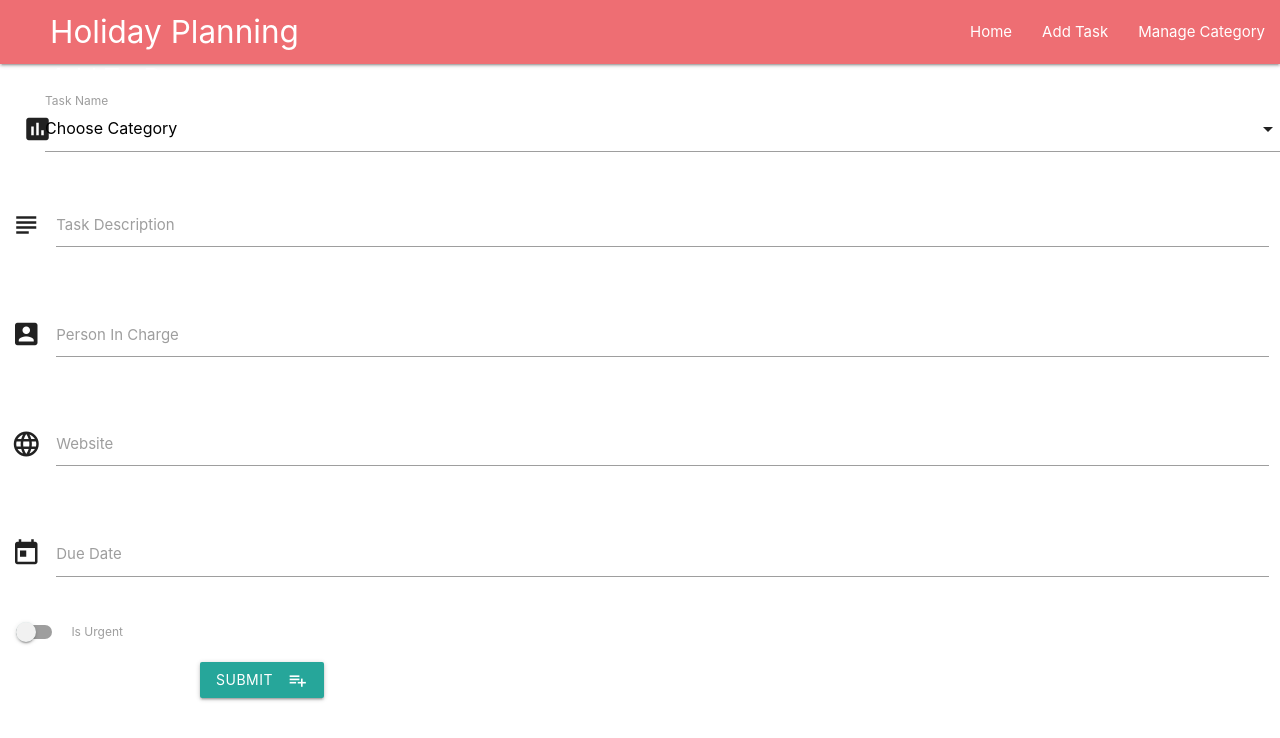
Repository: Code-Institute-Submissions/Project3-Holiday_Planning
Page: http://localhost/add_task
The author's editor kept a record of every edit. The page is drawn from the files as they stood at one moment, then again after the next edit.
The browser window is 1280 px wide. The pictures show the whole page.
Some web libraries are served in a nearby version. The page is served by the project's application, run on Flask 3 (app.py). Queries for data that is not in the repository find no rows.

Above is the page before.

### templates/addTask.html
{% extends 'layout.html' %} {% block content %}


<div class="add_to_do">
    <h5>Add To-Do</h5>
</div>

<div class="row">
    <div class='col testing'></div>
    <!--<div class='col s11'>-->
    <div class="row to_do">
    <form action="{{ url_for('insert_task') }}" method="POST" class="">



        <!--put in select option initialization in layout.html-->



        <div class="input-field">
                <i class="material-icons prefix">poll</i>
                <!--Replace <input id> with <select>. Keep the 1st option and change the rest option with category from Mongodb-->
                <!--<input id="task_name" name="task_name" type="text">-->
                <select id="category" name="category_name">
                  <option value="" disabled selected>Choose Category</option>
                  {% for cat in category %}
                      <option value="{{cat.category_name}}">{{cat.category_name}}</option>
                  {% endfor %}
                </select>
                <label for="icon_prefix">Task Name</label>
            </div>
        </div>




        <div class="row">
            <div class="input-field col s12">
                <i class="material-icons prefix">subject</i>
                <textarea name="task_description" id="task_description" class="materialize-textarea"></textarea>
                <label for="task_description">Task Description</label>
            </div>
        </div>



        <div class="row">
            <div class="input-field col s12">
                <i class="material-icons prefix">account_box</i>
                <textarea name="person_in_charge" id="person_in_charge" class="materialize-textarea"></textarea>
                <label for="person_in_charge">Person In Charge</label>
            </div>
        </div>


        <div class="row">
            <div class="input-field col s12">
                <i class="material-icons prefix">language</i>
                <textarea name="website" id="website" class="materialize-textarea"></textarea>
                <label for="website">Website</label>
            </div>
        </div>



        <!--put the datepicker initialization in layout.html-->
        <div class="row">
            <div class="input-field col s12">
                <i class="material-icons prefix">today</i>
                <input id="due_date" name="due_date" type="text" class="datepicker">
                <label for="due_date">Due Date</label>
            </div>
        </div>


        <div class="row">
            <div class="switch">
                <label>
                  <input id="is_urgent" name="is_urgent" type="checkbox">
                  <span class="lever"></span>
                  Is Urgent
                </label>
            </div>
        </div>


        <div class="row submit_btn">
            <button class="btn waves-effect waves-light" type="submit" name="action">Submit
                <i class="material-icons right">playlist_add</i>
             </button>
        </div>

    </form>
    </div>
</div>

{% endblock %}

### templates/layout.html
<!DOCTYPE html>
<html>

<head>
        <link href="https://fonts.googleapis.com/icon?family=Material+Icons" rel="stylesheet">
        <link rel="stylesheet" href="https://cdnjs.cloudflare.com/ajax/libs/materialize/1.0.0/css/materialize.min.css">
        <link rel="stylesheet" href="{{url_for('static', filename='css/style.css')}}" type="text/css"/>
</head>


<body>
    <header>
        <nav>
            <div class="nav-wrapper">
                <a href="{{url_for('get_tasks')}}" class="brand-logo">Holiday Planning</a>
                <a href="#" data-activates="mobile-demo" class="sidenav-trigger"><i class="material-icons">menu</i></a>

                <ul id="nav-mobile" class="right hide-on-med-and-down">
                    <li><a href="{{url_for('get_tasks')}}">Home</a></li>
                    <li><a href="{{url_for('add_task')}}">Add Task</a></li>
                    <li><a href="{{url_for('get_category')}}">Manage Category</a></li>
                </ul>

                <!--extended hamburger navbar added for mobile-->
                <ul class="sidenav" id="mobile-demo">

                    <li><a href="{{url_for('get_tasks')}}">Home</a></li>
                    <li><a href="{{url_for('add_task')}}">Add Task</a></li>
                    <li><a href="{{url_for('get_category')}}">Manage Category</a></li>
                </ul>
            </div>
        </nav>
    </header>

    <div>
        {% block content %} {% endblock %}
    </div>


    <!--<script src="https://cdnjs.cloudflare.com/ajax/libs/jquery/3.4.1/jquery.min.js"></script>-->
   <script <script type="text/javascript" src="https://code.jquery.com/jquery-2.1.1.min.js"></script>
    <script src="https://cdnjs.cloudflare.com/ajax/libs/materialize/1.0.0/js/materialize.min.js"></script>

    <!--to perform the collapsible, datepicker and select option function-->
    <script type="text/javascript">
        $(document).ready(function(){
            $('.collapsible').collapsible();
            $('.datepicker').datepicker({
                format:'dd/mm/yyyy'
            });
            $('select').formSelect();
            $('.sidenav').sidenav();

        });

        // $('.datepicker').pickadate({
        //     selectMonths: true, // Creates a dropdown to control month
        //     selectYears: 15, // Creates a dropdown of 15 years to control year,
        //     today: 'Today',
        //     clear: 'Clear',
        //     close: 'Ok',
        //     closeOnSelect: false // Close upon selecting a date,
        // });

        </script>


        {%block extra_js%}{%endblock%}
</body>

</html>

### app.py
import os
from flask import Flask, render_template, redirect, request, url_for
from flask_pymongo import PyMongo
from bson.objectid import ObjectId


app = Flask(__name__)
app.config["MONGO_DBNAME"] = 'holiday_planning'
app.config["MONGO_URI"] = 'mongodb+srv://root:es1234@cluster0-dio8w.mongodb.net/holiday_planning?retryWrites=true&w=majority'
mongo = PyMongo(app)


# Function to display landing page
@app.route('/')
def index():
    return render_template("tasks.html", tasks=mongo.db.tasks.find())


# T1 - Fetch data in mongodb pass it back to tasks.html
@app.route('/get_tasks')
def get_tasks():
    tasks=mongo.db.tasks.find()
    print(tasks)
    return render_template("tasks.html",
                           tasks=tasks)



# T2 & T3 - After add_task, must follow by insert_task
@app.route('/add_task')
def add_task():
    return render_template('addTask.html',
                            category=mongo.db.category.find())


@app.route('/insert_task', methods=['POST'])
def insert_task():
    tasks = mongo.db.tasks
    tasks.insert_one(request.form.to_dict())
    return redirect(url_for('get_tasks'))



# T4 & T5 - After edit_task, must follow by update_task
@app.route('/edit_task/<task_id>')
def edit_task(task_id):
    the_task =  mongo.db.tasks.find_one({"_id": ObjectId(task_id)})
    all_category =  mongo.db.category.find()
    return render_template('editTask.html', task=the_task,
                           category=all_category)


@app.route('/update_task/<task_id>', methods=["POST"])
def update_task(task_id):
    tasks = mongo.db.tasks
    tasks.update( {'_id': ObjectId(task_id)},
    {
        'category_name':request.form.get('category_name'),
        'task_name':request.form.get('task_name'),
        'task_description': request.form.get('task_description'),
        'person_in-charge': request.form.get('person_in-charge'),
        'website': request.form.get('website'),
        'due_date': request.form.get('due_date'),
        'is_urgent':request.form.get('is_urgent')
    })
    return redirect(url_for('get_tasks'))


# T6 - Delete task from the get_tasks page
@app.route('/delete_task/<task_id>')
def delete_task(task_id):
    mongo.db.tasks.remove({'_id': ObjectId(task_id)})
    return redirect(url_for('get_tasks'))



# CATEGORY

# C1 - Function to fetch all our data in mongodb pass it back to category.html
@app.route('/get_category')
def get_category():
    return render_template("category.html",
                            category=mongo.db.category.find())



# C2 & C3 - After add_category, must follow by insert_category
@app.route('/add_category')
def add_category():
    return render_template('addCategory.html')


@app.route('/insert_category', methods=['POST'])
def insert_category():
    category_doc = {'category_name': request.form.get('category_name')}
    mongo.db.category.insert_one(category_doc)
    return redirect(url_for('get_category'))



# C4 & C5 - After edit_category, must follow by update_category
@app.route('/edit_category/<category_id>')
def edit_category(category_id):
    return render_template('editCategory.html',
    category=mongo.db.category.find_one({'_id': ObjectId(category_id)}))


@app.route('/update_category/<category_id>', methods=['POST'])
def update_category(category_id):
    mongo.db.category.update(
        {'_id': ObjectId(category_id)},
        {'category_name': request.form.get('category_name')})
    return redirect(url_for('get_category'))



# C6 - Delete category from the Manage Category page
@app.route('/delete_category/<category_id>')
def delete_category(category_id):
    mongo.db.category.remove({'_id': ObjectId(category_id)})
    return redirect(url_for('get_category'))



# Boiler plate - must include at the end of app.py
if __name__ == '__main__':
    app.run(host=os.environ.get('IP'),
            port=int(os.environ.get('PORT')),
            debug=True)

### static/css/style.css
/*tasks.html*/

.all_task_navi{
    margin-bottom: 0px;
}


.allTask,
.addTask,
.category{
    /*color: white;*/
    height:50px;
    background-color: #f5a3a7;
    vertical-align: baseline;
    padding-top: 10px;
    margin-bottom: 0px;
    padding-bottom: 50px;
}



/*category*/
.ul_style {
   margin: 0px;
}


.btn_small {
    height: 24px;
    width: 60px;
    line-height: 24px;
    margin: 5px 100px;
    padding: 0px 100px;
}


/*Add Task Page*/
.submit_btn{
    margin-left: 200px;
}




.divider{
    width:10px;
    border:none;

}


.task_name{
   padding: 50px 0px 0px 0px;
}


.nav-wrapper,
h5{
    margin: 0px;
    padding:0px 0px 0px 50px;
    color: white;
}

After the next edit:
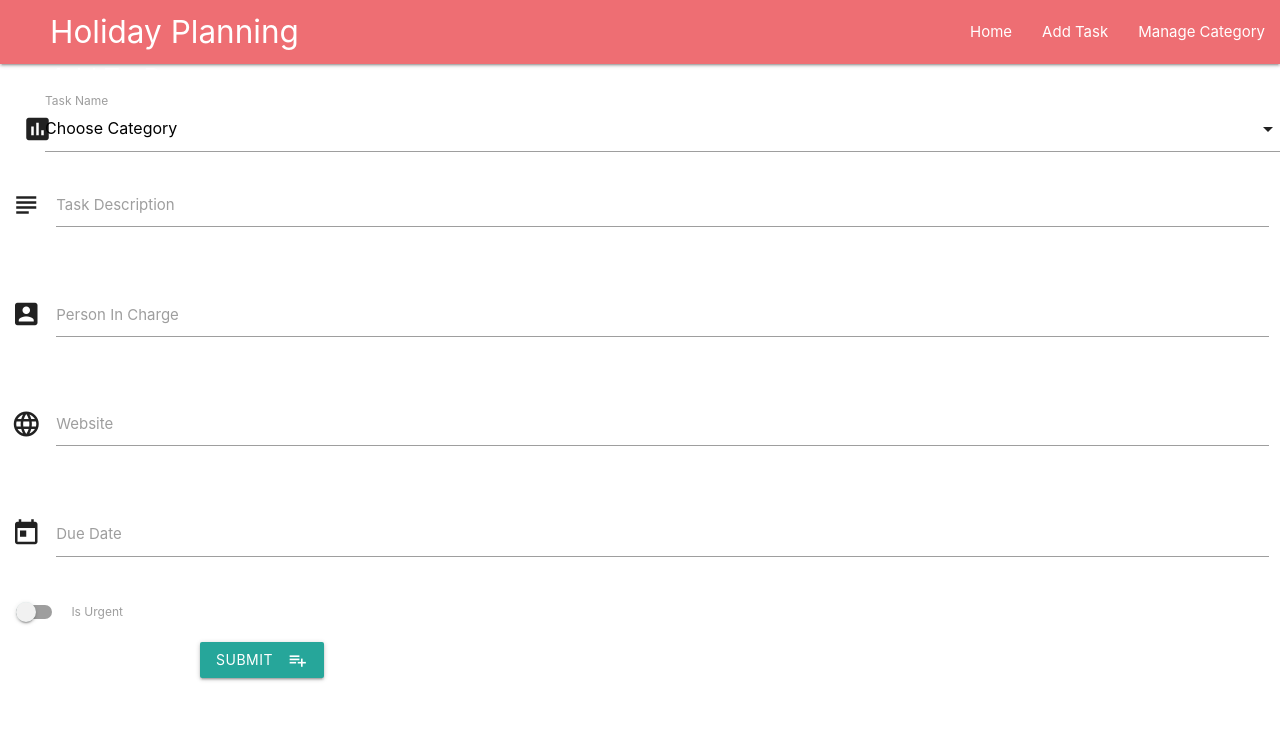
The edit:
--- a/templates/addTask.html
+++ b/templates/addTask.html
@@ -29,7 +29,7 @@
                 </select>
                 <label for="icon_prefix">Task Name</label>
             </div>
-        </div>
+        <!--</div>-->
 
 
 
